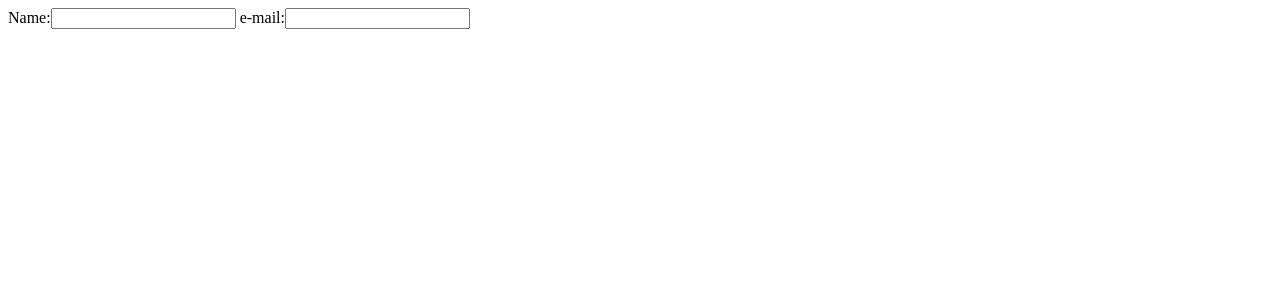
Repository: iamvinayhv/Servlets
Page: Regester/WebContent/reg.html
These files come from the project's save history. The page is drawn as it stood at one moment and after the next save; the edit follows.
The browser window is 1280 px wide. The pictures show the whole page.

Above is the page before, as saved 2017-03-03 10:43:18.

### Regester/WebContent/reg.html
<!DOCTYPE html>
<html>
<head>
<meta charset="UTF-8">
<title>Register</title>
</head>
<body>
Name:<input type="text">
e-mail:<input type="text">
</body>
</html>

After the next save:
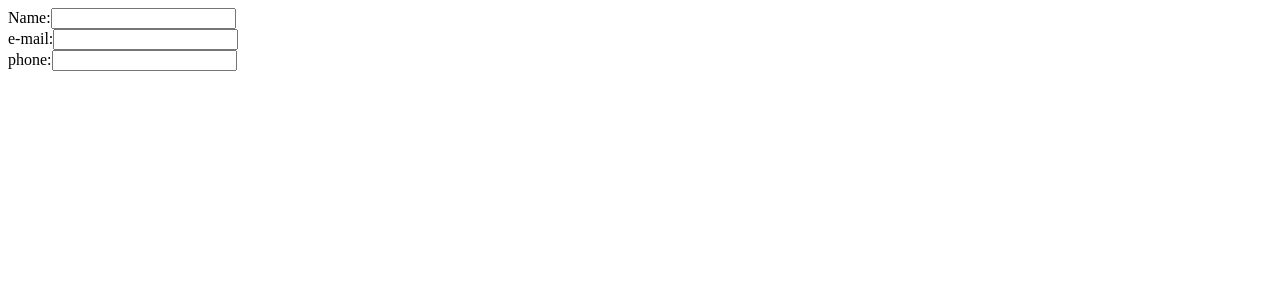
Saved 74 s later.
--- a/Regester/WebContent/reg.html
+++ b/Regester/WebContent/reg.html
@@ -5,7 +5,8 @@
 <title>Register</title>
 </head>
 <body>
-Name:<input type="text">
-e-mail:<input type="text">
+Name:<input type="text"><br/>
+e-mail:<input type="text"><br/>
+phone:<input type="number">
 </body>
 </html>
